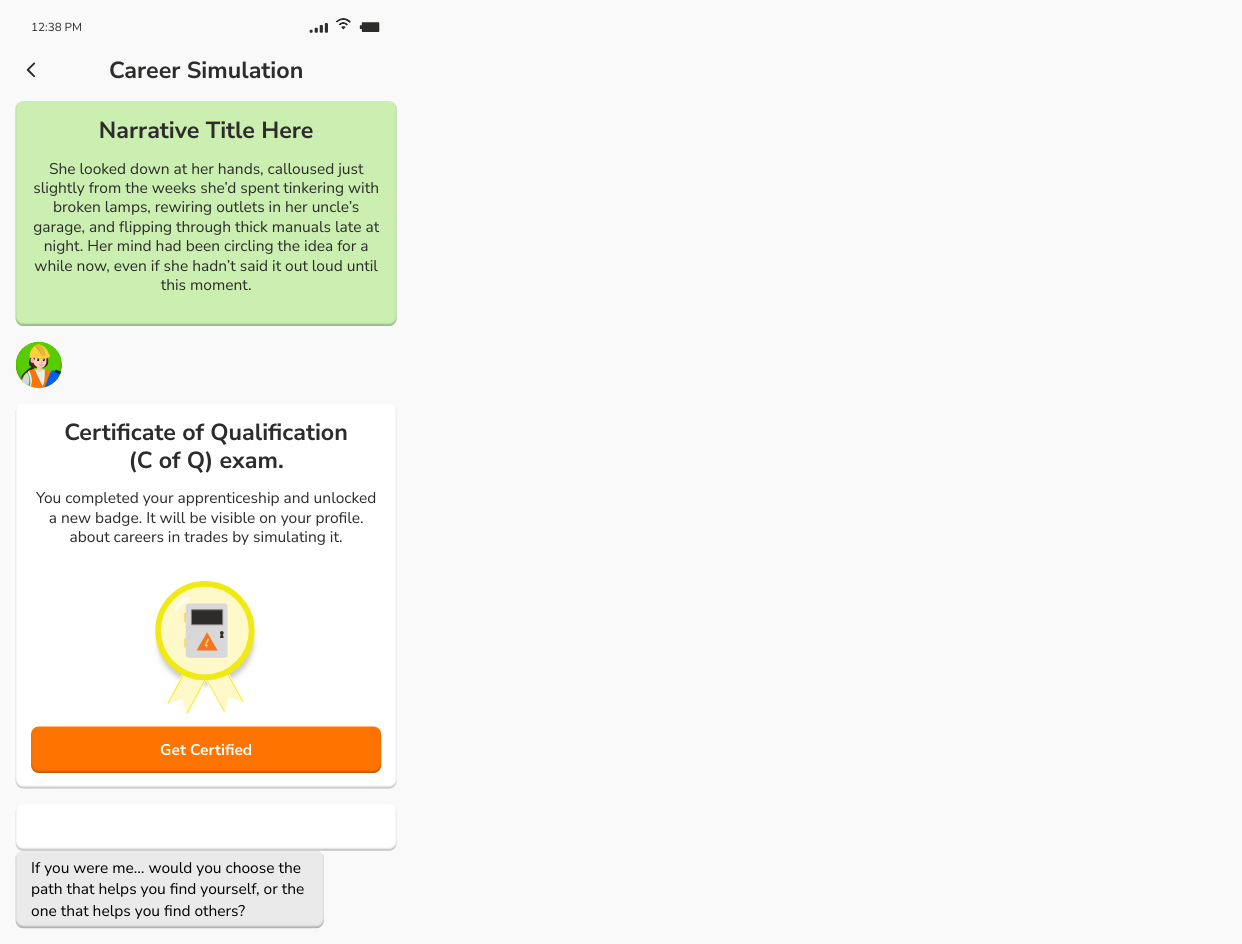
Repository: daniel-liu01/week10books
Page: /
These files come from the project's save history. The page is drawn as it stood at one moment and after the next save; the edit follows.
The browser window is 1280 px wide. The pictures show the whole page, at 97% of full size.
The project was rebuilt for these pictures with package versions that can differ from the ones it lists, and the page was loaded fresh each time. Also part of the build but not shown: vite.config.js, vite.config.ts, src/App.css, app/Simulation/Simulation.module.css, components/InfoModal/InfoModal.module.css, components/InfoModal/InfoModal.jsx, app/Simulation/Simulation.jsx.

Above is the page before, as saved 2025-10-22 12:53:02.

### index.html
<!DOCTYPE html>
<html lang="en">
    <head>
        <meta charset="UTF-8" />
        <link
            rel="icon"
            type="image/svg+xml"
            href="/vite.svg" />
        <meta
            name="viewport"
            content="width=device-width, initial-scale=1.0" />
        <title>frontend</title>
        <link
            rel="preconnect"
            href="https://fonts.googleapis.com" />
        <link
            rel="preconnect"
            href="https://fonts.gstatic.com"
            crossorigin />
        <link
            href="https://fonts.googleapis.com/css2?family=Nunito+Sans:ital,opsz,wght@0,6..12,200..1000;1,6..12,200..1000&display=swap"
            rel="stylesheet" />
    </head>
    <body>
        <div id="root"></div>
        <script
            type="module"
            src="/src/main.jsx"></script>
    </body>
</html>

### src/index.css
/* ------------------------------------------------------ GENERAL STYLES ------------------------------------------------------ */
*,
*::before,
*::after {
    box-sizing: inherit;
}

html,
body {
    font-family: var(--font-family);
    box-sizing: border-box;
    background-color: var(--offwhite-500);
}

body {
    width: 393px;
    min-height: 100vh;
    margin: 16px;
    display: flex;
    flex-direction: column;
    gap: var(--space-large);
}

html {
    display: flex;
    align-items: flex-start;
}

/* ------------------------------------------------------ VARIABLES ------------------------------------------------------ */
:root {
    /* ----- COLORS ----- */
    --primary-50: #fff1e6;
    --primary-100: #ffd4b0;
    --primary-200: #ffbf8a;
    --primary-300: #ffa155;
    --primary-400: #ff8f34;
    --primary-500: #ff7301;
    --primary-600: #e86901;
    --primary-700: #b55201;
    --primary-800: #8c3f01;
    --primary-900: #6b3000;

    --secondary-50: #eefae6;
    --secondary-100: #cbefb1;
    --secondary-200: #b2e88b;
    --secondary-300: #8fdd55;
    --secondary-400: #79d635;
    --secondary-500: #58cc02;
    --secondary-600: #50ba02;
    --secondary-700: #3e9101;
    --secondary-800: #307001;
    --secondary-900: #255601;

    /* -- neutral colors -- */

    --offwhite-500: #f9f9f9;
    --white: #ffffff;
    --black-50: #eaeaea;
    --black-100: #bebebd;
    --black-200: #9e9e9d;
    --black-300: #727271;
    --black-400: #575655;
    --black-500: #2d2c2b;

    /* ----- TYPE ----- */
    --font-family: "Nunito Sans", sans-serif;

    --font-size-extra-large: 88px;
    --font-size-large: 30px;
    --font-size-extra-medium: 24px;
    --font-size-medium: 20px;
    --font-size-regular: 16px;
    --font-size-small: 12px;
    --font-size-extra-small: 10px;

    --font-style-normal: normal;
    --font-weight-bold: bold;

    --line-height-xxlarge: 100px;
    --line-height-large: 36px;
    --line-height-medium: 28px;
    --line-height-small: 20px;

    /* ----- SPACING ----- */
    --space-extra-small: 4px;
    --space-small: 8px;
    --space-regular: 16px;
    --space-medium: 32px;
    --space-large: 48px;
    --space-extra-large: 140px;

    /* ----- Inner shadow ----- */
    --inner-shadow: 0 -2px 2px 0 rgba(0, 0, 0, 0.25);
}

### src/App.jsx
import { useState } from "react";
import { BrowserRouter as Router, Routes, Route } from "react-router-dom";
import "./App.css";

import Simulation from "../app/Simulation/Simulation";
import SimulationChat from "../app/SimulationChat/SimulationChat";
import TextBubble from "../components/TextBubble/TextBubble";

function App() {
    return (
        <div>
            <SimulationChat />
            <TextBubble
                textType='ai'
                text='If you were me… would you choose the path that helps you find yourself, or the one that helps you find others?'
            />
        </div>
    );
}

export default App;

### app/SimulationChat/SimulationChat.jsx
import styles from "./SimulationChat.module.css";
import StatusBar from "../../components/StatusBar/StatusBar";
import HeadingBar from "../../components/HeadingBar/HeadingBar";
import PopUp from "../../components/PopUp/PopUp";
import NarrativeBox from "../../components/NarrativeBox/NarrativeBox";
import AnnaAvatar from "../../components/AnnaAvatar/AnnaAvatar";
import Menu from "../../components/Menu/Menu";

function SimulationChat() {
    return (
        <div className={styles.container}>
            <StatusBar />
            <HeadingBar />
            <NarrativeBox
                title='Narrative Title Here'
                description='She looked down at her hands, calloused just slightly from the weeks she’d spent tinkering with broken lamps, rewiring outlets in her uncle’s garage, and flipping through thick manuals late at night. Her mind had been circling the idea for a while now, even if she hadn’t said it out loud until this moment.'
            />
            <AnnaAvatar />
            <PopUp />
            <Menu />
        </div>
    );
}

export default SimulationChat;

### components/TextBubble/TextBubble.jsx
import styles from "./TextBubble.module.css";

export default function TextBubble({ textType, text }) {
    if (textType === "ai") {
        return (
            <div className={styles.containerAi}>
                <p className={styles.textAi}>{text}</p>
            </div>
        );
    }
    return (
        <>
            <div className={styles.containerUser}>
                <p className={styles.textUser}>{text}</p>
            </div>
        </>
    );
}

### components/StatusBar/StatusBar.jsx
import styles from "./StatusBar.module.css";
import Hour from "../Hour/Hour";

const StatusBar = () => {
    return (
        <div className={styles.container}>
            <Hour />
            <div className={styles.right}>
                <svg
                    className={styles.icon}
                    width='20'
                    height='11'
                    viewBox='0 0 20 11'
                    fill='none'
                    xmlns='http://www.w3.org/2000/svg'>
                    <rect
                        x='15.8765'
                        y='0.600098'
                        width='3.23284'
                        height='10.2222'
                        rx='1.02778'
                    />
                    <rect
                        x='10.6338'
                        y='2.64453'
                        width='3.23284'
                        height='8.17778'
                        rx='1.02778'
                    />
                    <rect
                        x='5.3916'
                        y='5.71094'
                        width='3.23284'
                        height='5.11111'
                        rx='1.02778'
                    />
                    <rect
                        x='0.0327148'
                        y='7.75537'
                        width='3.23284'
                        height='3.06667'
                        rx='1.02778'
                    />
                </svg>

                <svg
                    className={styles.icon}
                    width='22'
                    height='20'
                    viewBox='0 0 22 20'
                    fill='none'
                    xmlns='http://www.w3.org/2000/svg'>
                    <mask
                        id='path-1-inside-1_2157_1042'
                        fill='white'>
                        <path d='M15.9006 7.3897C15.3805 6.57002 14.6486 5.88977 13.7741 5.41333C12.8995 4.93689 11.9113 4.68001 10.9029 4.66702C9.89445 4.65403 8.89922 4.88535 8.01135 5.33908C7.12349 5.79281 6.37237 6.45396 5.82907 7.25994L7.69376 8.391C8.03417 7.88601 8.50479 7.47176 9.06109 7.18747C9.6174 6.90317 10.241 6.75824 10.8728 6.76638C11.5046 6.77452 12.1238 6.93547 12.6718 7.23399C13.2197 7.53251 13.6783 7.95873 14.0042 8.47231L15.9006 7.3897Z' />
                    </mask>
                    <path
                        d='M15.9006 7.3897C15.3805 6.57002 14.6486 5.88977 13.7741 5.41333C12.8995 4.93689 11.9113 4.68001 10.9029 4.66702C9.89445 4.65403 8.89922 4.88535 8.01135 5.33908C7.12349 5.79281 6.37237 6.45396 5.82907 7.25994L7.69376 8.391C8.03417 7.88601 8.50479 7.47176 9.06109 7.18747C9.6174 6.90317 10.241 6.75824 10.8728 6.76638C11.5046 6.77452 12.1238 6.93547 12.6718 7.23399C13.2197 7.53251 13.6783 7.95873 14.0042 8.47231L15.9006 7.3897Z'
                        strokeWidth='4.11111'
                        mask='url(#path-1-inside-1_2157_1042)'
                    />
                    <mask
                        id='path-2-inside-2_2157_1042'
                        fill='white'>
                        <path d='M19.0832 4.55309C18.1524 3.34672 16.9405 2.3605 15.542 1.67127C14.1435 0.982029 12.5961 0.608389 11.0204 0.579456C9.4447 0.550522 7.88323 0.867077 6.45765 1.50446C5.03207 2.14184 3.78086 3.08283 2.80152 4.25413L4.5268 5.55219C5.29548 4.63284 6.27755 3.89425 7.39649 3.39397C8.51543 2.8937 9.74102 2.64523 10.9778 2.66794C12.2145 2.69065 13.4291 2.98392 14.5268 3.5249C15.6245 4.06588 16.5757 4.83997 17.3063 5.78684L19.0832 4.55309Z' />
                    </mask>
                    <path
                        d='M19.0832 4.55309C18.1524 3.34672 16.9405 2.3605 15.542 1.67127C14.1435 0.982029 12.5961 0.608389 11.0204 0.579456C9.4447 0.550522 7.88323 0.867077 6.45765 1.50446C5.03207 2.14184 3.78086 3.08283 2.80152 4.25413L4.5268 5.55219C5.29548 4.63284 6.27755 3.89425 7.39649 3.39397C8.51543 2.8937 9.74102 2.64523 10.9778 2.66794C12.2145 2.69065 13.4291 2.98392 14.5268 3.5249C15.6245 4.06588 16.5757 4.83997 17.3063 5.78684L19.0832 4.55309Z'
                        strokeWidth='4.11111'
                        mask='url(#path-2-inside-2_2157_1042)'
                    />
                    <path d='M13.5162 9.77759L10.8222 12.3331L8.66699 9.77759L9.23963 9.50599C10.2507 9.02643 11.4136 8.97977 12.4599 9.37676L13.5162 9.77759Z' />
                </svg>

                <svg
                    className={styles.icon}
                    width='24'
                    height='24'
                    viewBox='0 0 24 24'
                    fill='none'
                    xmlns='http://www.w3.org/2000/svg'>
                    <path d='M5 17C4.71667 17 4.47917 16.9042 4.2875 16.7125C4.09583 16.5208 4 16.2833 4 16V14H2V10H4V8C4 7.71667 4.09583 7.47917 4.2875 7.2875C4.47917 7.09583 4.71667 7 5 7H21C21.2833 7 21.5208 7.09583 21.7125 7.2875C21.9042 7.47917 22 7.71667 22 8V16C22 16.2833 21.9042 16.5208 21.7125 16.7125C21.5208 16.9042 21.2833 17 21 17H5Z' />
                </svg>
            </div>
        </div>
    );
};

export default StatusBar;

### components/HeadingBar/HeadingBar.jsx
import styles from "./HeadingBar.module.css";
import ArrowBack from "../ArrowBack/ArrowBack";

function HeadingBar() {
    return (
        <div className={styles.heading_container}>
            <ArrowBack />
            <h1 className={styles.heading_pageTitle}>Career Simulation</h1>
            <div className={styles.heading_placeholder}></div>
        </div>
    );
}

export default HeadingBar;

### components/Card/Card.jsx
import styles from "./Card.module.css";
import Button from "../../components/Button/Button";

function Card({
    image,
    title,
    description,
    type,
    valueOfButton,
    typeOfButton,
    sizeOfButton,
}) {
    return (
        <>
            {type === "regular" && (
                <div className={styles.container}>
                    <div className={styles.content}>
                        <h3 className={styles.title}>{title}</h3>
                        <p className={styles.description}>{description}</p>
                    </div>
                    {image && (
                        <div className={styles.image_wrapper}>
                            <img
                                src={image}
                                alt={title}
                                className={styles.image}
                            />
                        </div>
                    )}
                </div>
            )}
            {type === "button" && (
                <div className={styles.container}>
                    <div className={styles.content}>
                        <h3 className={styles.title}>{title}</h3>
                        <p className={styles.description}>{description}</p>
                    </div>
                    {image && (
                        <div className={styles.image_wrapper}>
                            <img
                                src={image}
                                alt={title}
                                className={styles.image}
                            />
                        </div>
                    )}
                    <Button
                        type={typeOfButton}
                        size={sizeOfButton}
                        value={valueOfButton}
                        onClick={() => console.log("clicked")}
                        isDisabled={false}
                    />
                </div>
            )}
        </>
    );
}

export default Card;

### components/Button/Button.jsx
import styles from "./Button.module.css";

function Button({
    type = "primary",
    isDisabled = false,
    size = "default",
    value,
    onClick,
}) {
    let buttonClass = styles.button;

    if (type === "primary") buttonClass += ` ${styles.primary}`;
    if (type === "secondary") buttonClass += ` ${styles.secondary}`;
    if (type === "terciary") buttonClass += ` ${styles.terciary}`;
    if (type === "warning") buttonClass += ` ${styles.error}`;
    if (size === "small") buttonClass += ` ${styles.small}`;
    if (size === "large") buttonClass += ` ${styles.large}`;
    if (isDisabled) buttonClass += ` ${styles.disabled}`;

    return (
        <input
            type='button'
            className={buttonClass}
            value={value}
            onClick={onClick}
            disabled={isDisabled}
        />
    );
}

export default Button;

### components/Menu/Menu.jsx
import styles from "./Menu.module.css";

function Menu() {
    return <div className={styles.container}></div>;
}

export default Menu;

### app/SimulationChat/SimulationChat.module.css
.container {
    display: flex;
    flex-direction: column;
    gap: var(--space-regular);
}

### components/PopUp/PopUp.jsx
import Card from "../../components/Card/Card";

function PopUp() {
    return (
        <div>
            <Card
                title={
                    <>
                        Certificate of Qualification <br /> (C of Q) exam.
                    </>
                }
                description={
                    <>
                        You completed your apprenticeship and unlocked
                        <br />a new badge. It will be visible on your profile.
                        about careers in trades by simulating it.
                    </>
                }
                image='/Electrician.svg'
                type='button'
                valueOfButton='Get Certified'
                typeOfButton='primary'
                sizeOfButton='large'
            />
        </div>
    );
}

export default PopUp;

### components/NarrativeBox/NarrativeBox.jsx
import styles from "./NarrativeBox.module.css";

function NarrativeBox({ title, description }) {
    return (
        <div className={styles.container}>
            <div className={styles.content}>
                <h3 className={styles.title}>{title}</h3>
                <p className={styles.description}>{description}</p>
            </div>
        </div>
    );
}

export default NarrativeBox;

### components/AnnaAvatar/AnnaAvatar.jsx
import styles from "./AnnaAvatar.module.css";

function AnnaAvatar() {
    return (
        <img
            className={styles.image}
            src='AnnaAvatar.svg'
            alt='Anna Avatar'
        />
    );
}

export default AnnaAvatar;

### components/TextBubble/TextBubble.module.css
.containerAi,
.containerUser {
    border-radius: var(--space-small);
    padding: var(--space-regular);
    display: flex;
    align-items: center;
    box-shadow: var(--inner-shadow) inset;
}

.containerAi {
    background-color: var(--black-50);
    width: 318px;
    height: 80px;
}

.textAI {
    color: var(--black-500);
    font-size: var(--font-size-small);
    font-weight: var(--font-weight-bold);
}

### components/StatusBar/StatusBar.module.css
.container {
    display: flex;
    flex-direction: row;
    align-items: center;
    justify-content: space-between;
    width: 393px;
    padding: 0 var(--space-regular);
    margin: 0;
}

.right {
    display: flex;
    align-items: center;
    gap: var(--space-extra-small);
}

.icon {
    fill: var(--black-500);
}

### components/Hour/Hour.jsx
"use client";
import { useEffect, useState } from "react";
import styles from "./Hour.module.css";

const Hour = () => {
    const [currentTime, setCurrentTime] = useState(new Date());

    useEffect(() => {
        const timer = setInterval(() => {
            setCurrentTime(new Date());
        }, 1000);

        return () => clearInterval(timer);
    }, []);

    const formattedTime = currentTime.toLocaleTimeString("en-US", {
        hour: "2-digit",
        minute: "2-digit",
        hour12: true,
    });

    return <div className={styles.hour}>{formattedTime}</div>;
};

export default Hour;

### components/HeadingBar/HeadingBar.module.css
.heading_container {
    width: 100%;
    display: flex;
    align-items: center;
    justify-content: space-between;
    gap: var(--space-small);
    margin: 0;
    padding: 0;
}

.heading_pageTitle {
    font-weight: var(--font-weight-bold);
    font-size: var(--font-size-extra-medium);
    margin: 0;
    line-height: 1;
    color: var(--black-500);
}

.heading_placeholder {
    width: var(--space-medium);
    height: var(--space-medium);
    visibility: hidden;
}

### components/ArrowBack/ArrowBack.jsx
import styles from "./ArrowBack.module.css";

function ArrowBack() {
    return (
        <div className={styles.arrow_container}>
            <svg
                className={styles.arrow_icon}
                xmlns='http://www.w3.org/2000/svg'
                width='16'
                height='16'
                viewBox='0 0 12 20'
                fill='none'>
                <path
                    d='M10.7071 19.2929C10.3166 19.6834 9.68342 19.6834 9.29289 19.2929L0.707106 10.7071C0.316582 10.3166 0.316583 9.68342 0.707107 9.29289L9.29289 0.707106C9.68342 0.316582 10.3166 0.316582 10.7071 0.707107L11.0679 1.06789C11.4584 1.45842 11.4584 2.09158 11.0679 2.48211L3.55 10L11.0679 17.5179C11.4584 17.9084 11.4584 18.5416 11.0679 18.9321L10.7071 19.2929Z'
                    fill='currentColor'
                />
            </svg>
        </div>
    );
}

export default ArrowBack;

### components/Card/Card.module.css
.container {
    display: flex;
    flex-direction: column;
    justify-content: space-between;
    align-items: center;
    border-radius: var(--space-small);
    background: var(--white);
    box-shadow: var(--inner-shadow) inset;
    padding: var(--space-regular);
}

.content {
    display: flex;
    flex-direction: column;
    justify-content: space-between;
    align-items: center;
    font-family: var(--font-family);
    color: var(--black-500);
    text-align: center;
    gap: var(--space-regular);
}

.title {
    font-size: var(--font-size-extra-medium);
    font-weight: var(--font-weight-bold);
    line-height: var(--line-height-medium);
    margin: 0;
}

.description {
    font-size: var(--font-size-regular);
    line-height: var(--line-height-small);
    margin: 0;
    margin-bottom: var(--space-regular);
}

.image_wrapper {
}

.image {
}

### components/Button/Button.module.css
.button {
    display: block;
    width: 361px;
    height: var(--space-large);
    line-height: var(--line-height-large);
    text-align: center;

    font-family: var(--font-family);
    font-size: var(--font-size-regular);
    font-weight: var(--font-weight-bold);

    padding: 0 var(--space-regular);
    margin: 0;
    border-radius: var(--space-small);
    border: none;
    box-shadow: var(--inner-shadow) inset;
    cursor: pointer;
    transition: background-color 0.2s ease-in-out, color 0.2s ease-in-out;
}

.button:hover {
    background-color: var(--primary-700);
    color: var(--white);
}

.primary {
    background-color: var(--primary-500);
    color: var(--white);
}

.large {
    width: 100%;
    height: var(--space-large);
}

### components/Menu/Menu.module.css
.container {
    display: flex;
    width: 100%;
    height: var(--space-large);
    justify-content: center;
    align-items: center;
    gap: var(--space-medium);
    border-radius: var(--space-small);
    background: var(--white);
    box-shadow: var(--inner-shadow) inset;
}

### components/NarrativeBox/NarrativeBox.module.css
.container {
    display: flex;
    flex-direction: column;
    justify-content: space-between;
    align-items: center;
    border-radius: var(--space-small);
    background: var(--secondary-100);
    box-shadow: var(--inner-shadow) inset;
    padding: var(--space-regular);
}

.content {
    display: flex;
    flex-direction: column;
    justify-content: space-between;
    align-items: center;
    font-family: var(--font-family);
    color: var(--black-500);
    text-align: center;
    gap: var(--space-regular);
}

.title {
    font-size: var(--font-size-extra-medium);
    font-weight: var(--font-weight-bold);
    line-height: var(--line-height-medium);
    margin: 0;
}

.description {
    font-size: var(--font-size-regular);
    line-height: var(--line-height-small);
    margin: 0;
    margin-bottom: var(--space-regular);
}

### components/AnnaAvatar/AnnaAvatar.module.css
.image {
    width: var(--space-large);
}

### components/Hour/Hour.module.css
.hour {
    color: var(--black-500);
    font-family: var(--font-family);
    font-size: var(--font-size-small);
}

### components/ArrowBack/ArrowBack.module.css
.arrow_container {
    display: inline-flex;
    align-items: center;
    justify-content: center;
    background: none;
    border: none;
    cursor: pointer;
    padding: 0;
    width: var(--space-medium);
    height: var(--space-medium);
}

.arrow_icon {
    color: var(--black-500);
    width: var(--space-regular);
    height: var(--space-regular);
}

.arrow_container:hover .arrow_icon {
    color: var(--primary-500);
}

Loaded but not shown: src/main.jsx (common file)

After the next save:
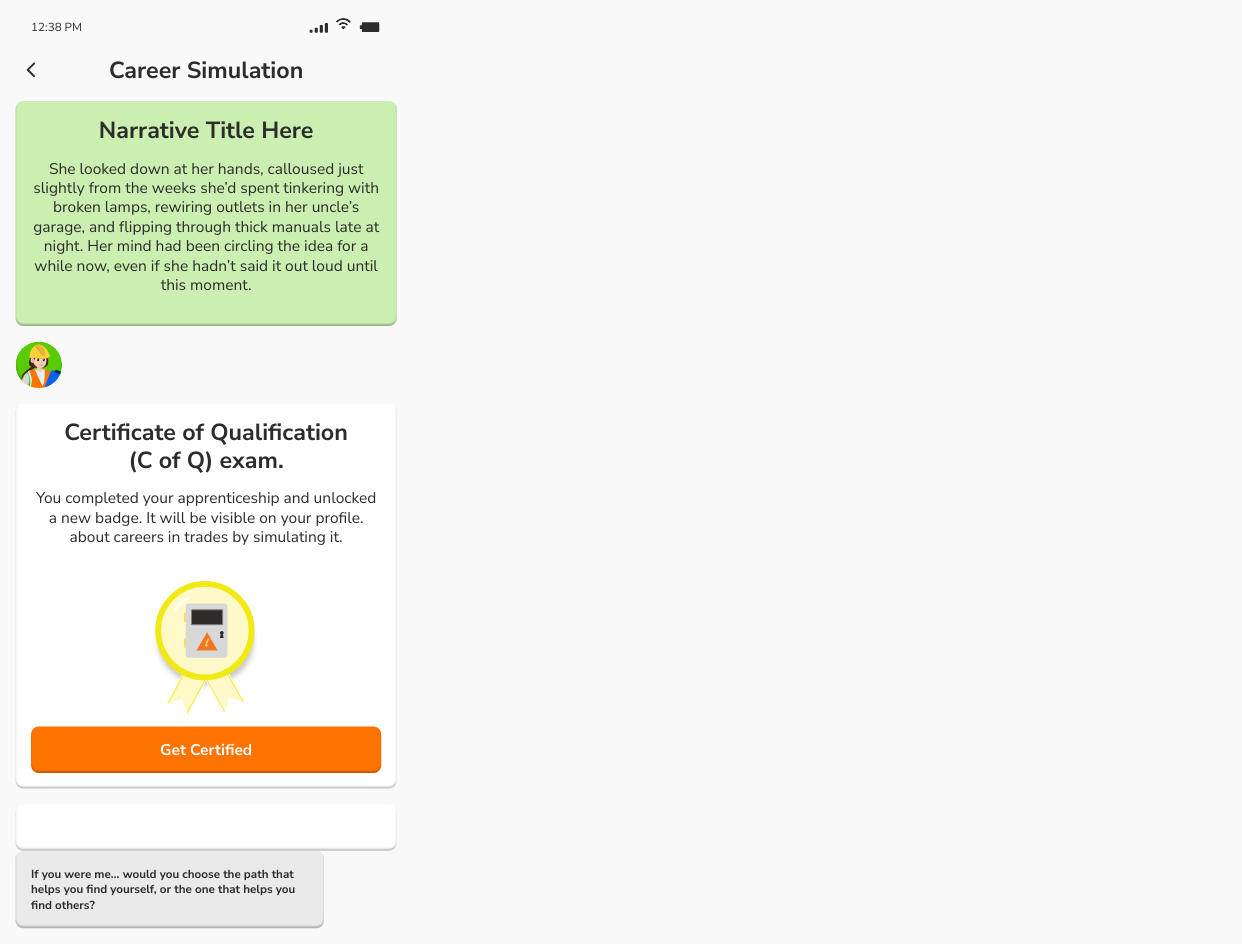
Saved 6 s later.
--- a/components/TextBubble/TextBubble.module.css
+++ b/components/TextBubble/TextBubble.module.css
@@ -13,7 +13,7 @@
     height: 80px;
 }
 
-.textAI {
+.textAi {
     color: var(--black-500);
     font-size: var(--font-size-small);
     font-weight: var(--font-weight-bold);
